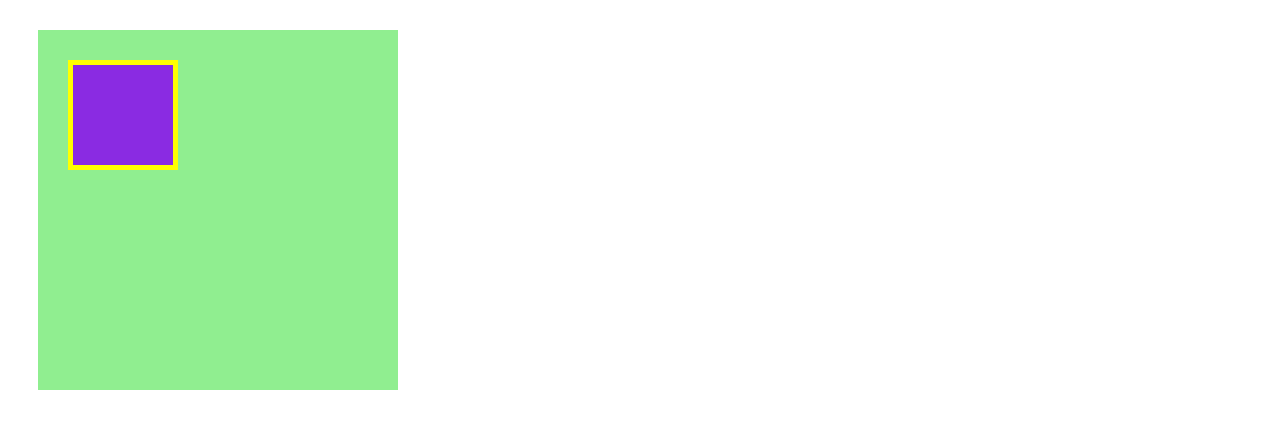
Repository: itoudaiki/git-practice
Page: box/box.html
The author's editor kept a record of every edit. The page is drawn from the files as they stood at one moment, then again after the next edit.
The browser window is 1280 px wide. The pictures show the whole page.

Above is the page before.

### box/box.html
<!DOCTYPE Hhtml>
<head>
    <meta charset="UTF-8"/>
    <link rel="stylesheet" href="box.css"/>
    <title>BOX</title>
</head>
<body>
    <div class="box1">
    <div class="box2"></div>
    </div>
</body>

### box/box.css
.box1 {
    width: 300px;
    height: 300px;
    background-color: #90ee90;
    margin: 30px;
    padding: 30px;
}
.box2 {
    width:100px;
    height: 100px;
    background-color: #8a2be2;
    border: 5px solid yellow;
}

After the next edit:
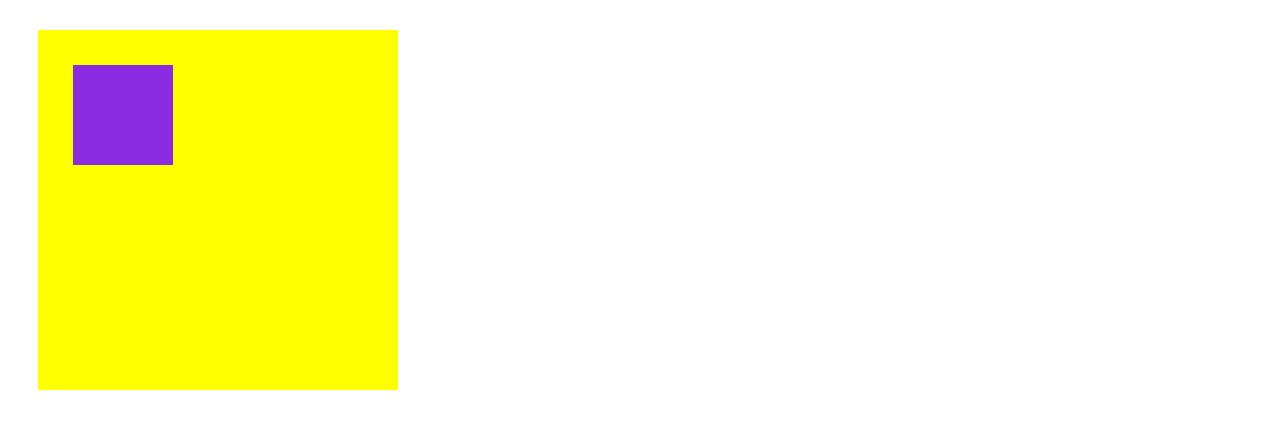
The edit:
--- a/box/box.css
+++ b/box/box.css
@@ -1,7 +1,7 @@
 .box1 {
     width: 300px;
     height: 300px;
-    background-color: #90ee90;
+    background-color: #ffff00;
     margin: 30px;
     padding: 30px;
 }
